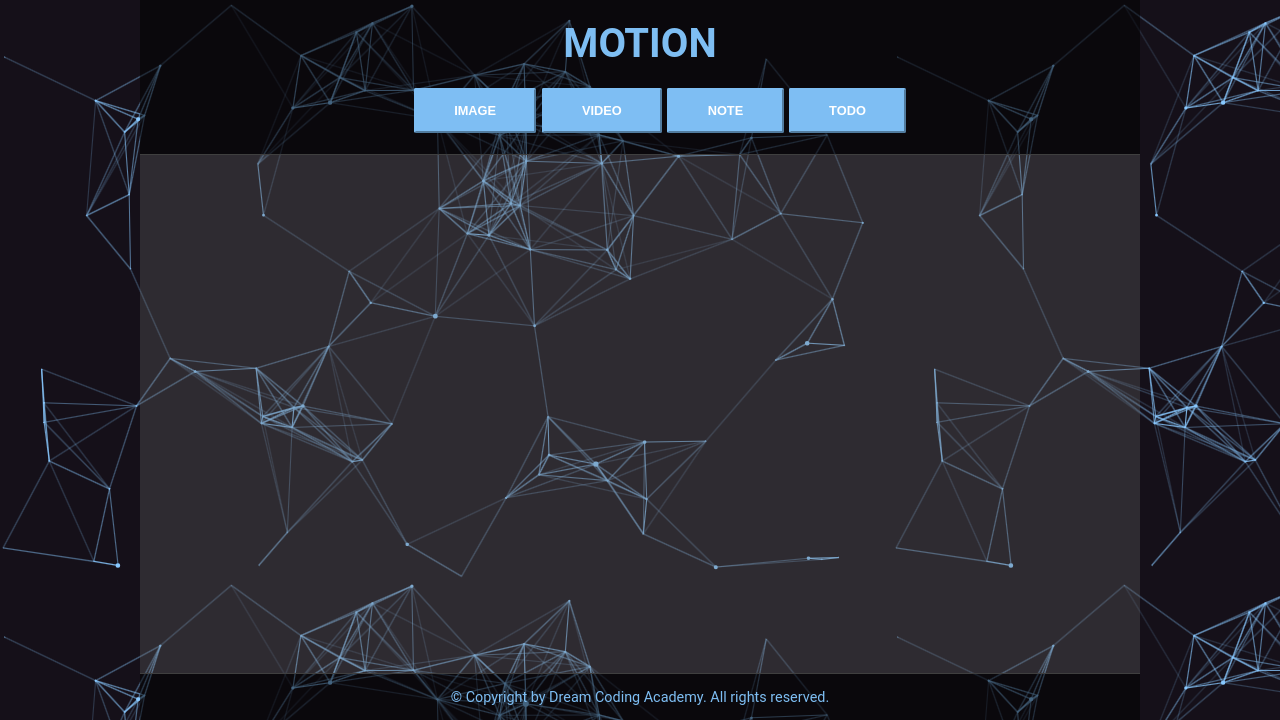
Repository: chefkuna/Motion
Page: index.html
These files come from the project's save history. The page is drawn as it stood at one moment and after the next save; the edit follows.
The browser window is 1280 px wide. The pictures show the whole page.

Above is the page before, as saved 2022-08-21 14:53:57.

### index.html
<!DOCTYPE html>
<html lang="en">
<head>
  <meta charset="UTF-8">
  <meta http-equiv="X-UA-Compatible" content="IE=edge">
  <meta name="viewport" content="width=device-width, initial-scale=1.0">
  <title>Motion</title>
  <link rel="stylesheet" href="./style/style.css">
  <script src='./dist/app.js' defer></script>
</head>
<body>
  <div class="app">
    <header class='banner'>
      <h1 class="banner__title">MOTION</h1>
      <ul class="control-panel">
        <li><button id='new-image' class="create-button">Image</button></li>
        <li><button id='new-video' class="create-button">Video</button></li>
        <li><button id='new-note' class="create-button">Note</button></li>
        <li><button id='new-todo' class="create-button">Todo</button></li>
      </ul>
    </header>
    <main class='document'></main>
    <footer class="footer">
      <p>© Copyright by Dream Coding Academy. All rights reserved.</p>
    </footer>
  </div>

</body>
</html>

### style/style.css
:root {
  --bg-main-color: #00000080;
  --bg-accent-color: #89c9ff;
  --accent-color: #7ebef3;
  --text-edit-bg-color: #575757;
  --border-color: #3f3f3f;
  --shadow-color: #202020;
  --document-bg-color: #68686850;
  --component-bg-gradient: radial-gradient(circle, #646464e6 0%, #363636e6 100%);
  --smokywhite: #dddbd8;
  --black: #000000;
  --translucent-black: #00000099;
}

li {
  list-style: none;
  padding-left: 0;
}

p {
  color: var(--accent-color);
}

body {
  background: url('../assets/background.png');
  font-family: Roboto, Oxygen, sans-serif;
  display: flex;
  justify-content: center;
  height: 100vh;
  overflow: hidden;
  font-size: 1.25rem;
  margin: 0;
}

.app {
  width: 100%;
  max-width: 1000px;
  height: 100%;
  display: flex;
  flex-direction: column;
}

.banner {
  background-color: var(--bg-main-color);
  border-bottom: 1px solid var(--border-color);
  text-align: center;
}

.banner__title {
  color: var(--accent-color);
  margin: 20px;
  text-align: center;
}

.control-panel {
  display: flex;
  align-items: center;
  justify-content: center;
}

.create-button {
  margin: 0.1em 0.2em;
  text-align: center;
  user-select: none;
  padding: 1em 3em;
  text-transform: uppercase;
  font-weight: 600;
  font-size: 0.8rem;
  color: white;
  background-color: var(--accent-color);
  border-color: var(--accent-color);
  border-radius: 2px;
}

.document {
  height: 100%;
  overflow-y: auto;
  background-color: var(--document-bg-color);
}

.document::-webkit-scrollbar {
  background-color: var(--bg-accent-color);
  width: 6px;
}

.document::-webkit-scrollbar-thumb {
  background-color: var(--accent-color);
}

.footer {
  background: var(--bg-main-color);
  border-top: 1px solid var(--border-color);
  text-align: center;
  font-size: 0.9rem;
}

Loaded but not shown: dist/app.js (no copy from this time; the picture is the same without it)

After the next save:
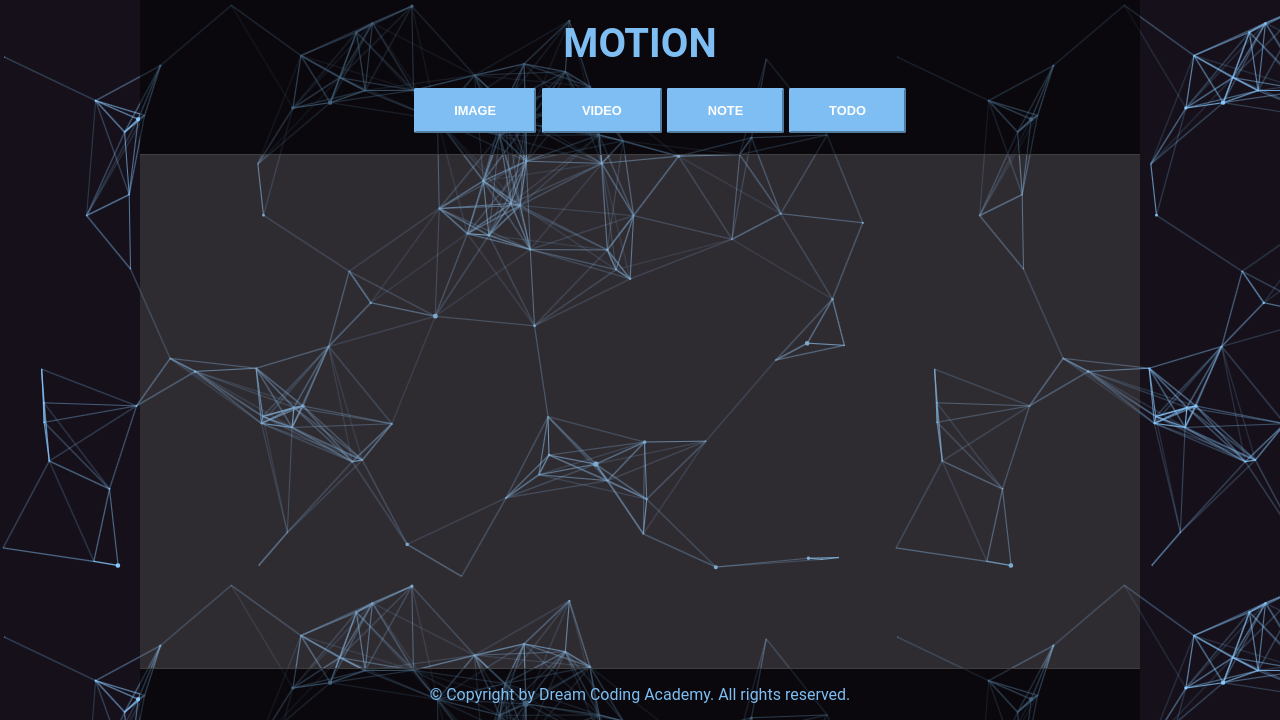
Saved 9 s later.
--- a/style/style.css
+++ b/style/style.css
@@ -91,5 +91,5 @@ body {
   background: var(--bg-main-color);
   border-top: 1px solid var(--border-color);
   text-align: center;
-  font-size: 0.9rem;
+  font-size: 1rem;
 }
